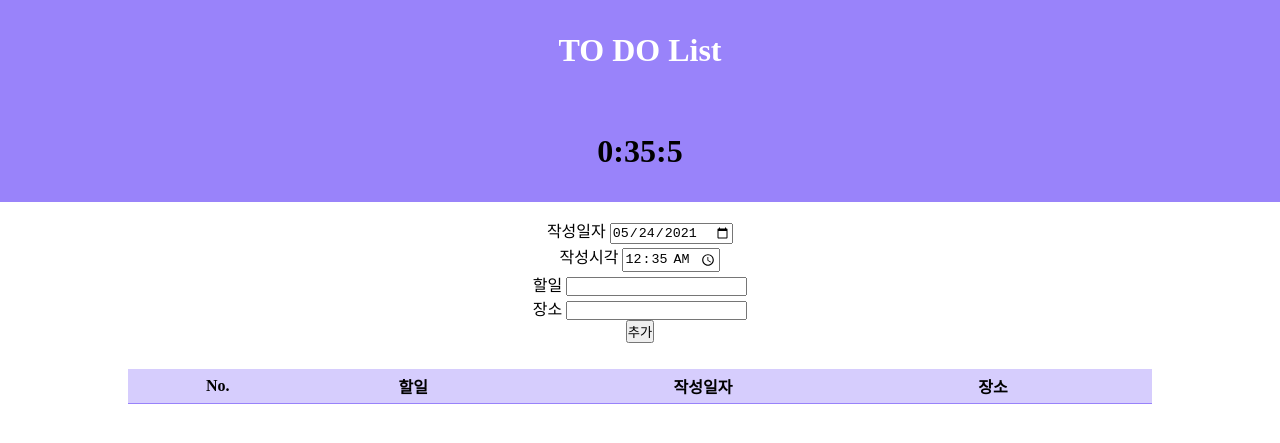
Repository: soyeon-noh/TodoList_Project
Page: http://localhost/Server_PR_TodoList/
An editor plug-in stored every save of this project. The page is shown before and after the next save, followed by the edit.
The browser window is 1280 px wide. The pictures show the whole page.
The page is served by Tomcat 9. Other server files are loaded and not shown. Queries for data that is not in the repository find no rows.

Above is the page before, as saved 2021-05-25 02:25:01.

### Server_PR_TodoList/src/main/webapp/WEB-INF/views/home.jsp
<%@ page language="java" contentType="text/html; charset=UTF-8"
    pageEncoding="UTF-8"%>
<%@ taglib uri="http://java.sun.com/jsp/jstl/core"
			prefix="c"%>
<c:set value="${pageContext.request.contextPath}"
		var="rootPath"/>
<!DOCTYPE html>
<html>
<head>
<meta charset="UTF-8">
<title>TODOList 메인화면</title>
<link href="${rootPath}/static/css/home.css?ver5" rel="stylesheet"/>

<style>

</style>


</head>
  <body>
  	<%@ include file="/WEB-INF/views/include_nav.jsp" %>
    <form class ="v1" method="POST">
    	<div>
    		<label for="date">작성일자</label>
    		<input name="td_date"
    				type="date" value="${TD.td_date}">
    	</div>

    	<div>
    		<label for="time">작성시각</label>
    		<input name="td_time"
    				type="time" value="${TD.td_time}">
    	</div>

    	<div>
    		<label for="todo">할일</label>
    		<input name="td_todo"
    				type="text" value="${TD.td_todo}">
    	</div>

    	<div>
    		<label for="place">장소</label>
    		<input name="td_place"
    				type="text" value="${TD.td_place}">
    	</div>
   		<button class="btn_insert">추가</button>
    </form>

    <table id="tdlist">
      <tr>
        <th>No.</th>
        <th>할일</th>
        <th>작성일자</th>
        <th>장소</th>
        <th></th>
      </tr>
      <c:forEach items="${TDLIST}" var="TD" varStatus="i">
        <tr>
          <td>${i.count}</td>
          <td>${TD.td_todo}</td>
          <td>${TD.td_date}</td>
          <td>${TD.td_place}</td>
          <td><button class="btn_update" data-seq="${TD.td_seq}" type="button">
          		수정</button>
          		<button class="btn_delete" data-seq="${TD.td_seq}" type="button">
          		삭제</button></td>
        </tr>
      </c:forEach>
    </table>
  </body>

  <script>
  // html 코드가 다 화면에 뜨고 나서 실행하라는 명렁
  // 아래 한 줄의 코드가 있어야 어디든디 script를 넣을 수 있다.
	document.addEventListener("DOMContentLoaded",function(){
		document.querySelector("table#tdlist")
		.addEventListener("click", function(ev){
			let className = ev.target.className

			if(className == "btn_delete"){

				let seq = ev.target.dataset.seq
				alert(seq + " 삭제가 완료되었습니다.");

				document
				.location
				.replace( "${rootPath}" +
						"/UD/delete?td_seq="
						+ seq )

			} else if(className == "btn_update"){

				let seq = ev.target.dataset.seq;

				document
				.location
				.href= "${rootPath}" +
						"/UD/update?td_seq="
						+ seq
			}

		})
	})
  </script>

</html>

### Server_PR_TodoList/src/main/webapp/WEB-INF/views/include_nav.jsp
<%@ page language="java" contentType="text/html; charset=UTF-8"
    pageEncoding="UTF-8"%>

<style>
	* {
		margin: 0;
		padding: 0;
		box-sizing: border-box;
	}

    h1.clock {
        color: black;
        text-align: center;
        background-color: rgba(153, 131, 250, 20);
        padding: 2rem;
    }

</style>
<h1>TO DO List</h1>
<h2 class="date"></h2>
<h1 class="clock"></h1>
<script>
	let date = document.querySelector(".date");

    function getDate(){
        const time = new Date();
        const year = time.getUTCFullYear();
        const month = time.getUTCMonth();
        const day = time.getUTCDay();
        date.textContent = year + "-" + month + "-" + day;
    }



	let clock = document.querySelector(".clock");

	function getTime() {
		  const time = new Date();
		  const hour = time.getHours();
		  const minutes = time.getMinutes();
		  const seconds = time.getSeconds();
		  clock.textContent = hour + ":" + minutes + ":" + seconds;


	}

	function init() {
	  setInterval(getTime, 1000);
	}

	init();
</script>

### Server_PR_TodoList/src/main/java/com/callor/todo/controller/HomeController.java
package com.callor.todo.controller;

import java.io.IOException;
import java.text.SimpleDateFormat;
import java.util.Date;
import java.util.List;

import javax.servlet.ServletException;
import javax.servlet.annotation.WebServlet;
import javax.servlet.http.HttpServlet;
import javax.servlet.http.HttpServletRequest;
import javax.servlet.http.HttpServletResponse;

import com.callor.todo.model.TodoListVO;
import com.callor.todo.service.TodoService;
import com.callor.todo.service.impl.TodoServiceImplV1;

@WebServlet("/")
public class HomeController extends HttpServlet{

	protected TodoService tdService;
	public HomeController() {
		tdService = new TodoServiceImplV1();
	}
	@Override
	protected void doGet(HttpServletRequest req, HttpServletResponse resp) throws ServletException, IOException {
		// TODO selectAll()
		List<TodoListVO> tdList = tdService.selectAll();
		req.setAttribute("TDLIST", tdList);

		// TODO insert()
		TodoListVO tdVO = new TodoListVO();

		// SimpleDateFormat : 날짜 및 시간을 형식화하고 구문 분석하는 메소드 제공
		SimpleDateFormat sd = new SimpleDateFormat("yyyy-MM-dd");
		SimpleDateFormat st = new SimpleDateFormat("HH:mm:ss");

		// 현재시간을 저장
		Date date = new Date(System.currentTimeMillis());

		// 현재 시간을 변환해 VO에 넣어준다
		tdVO.setTd_seq(0L);
		tdVO.setTd_date(sd.format(date));
		tdVO.setTd_time(st.format(date));

		req.setAttribute("TD", tdVO);

		// home.jsp 화면을 보여줘라
		RequestController.reqController(req, resp, "home");
	}
	@Override
	protected void doPost(HttpServletRequest req, HttpServletResponse resp) throws ServletException, IOException {
		// TODO insert()

		// 한글 인코딩 세팅
		req.setCharacterEncoding("UTF-8");

		// user가 입력한 data 확인
		String td_date = req.getParameter("td_date");
		String td_time = req.getParameter("td_time");
		String td_todo = req.getParameter("td_todo");
		String td_place = req.getParameter("td_place");

		TodoListVO tdVO = new TodoListVO();
		tdVO.setTd_date(td_date);
		tdVO.setTd_time(td_time);
		tdVO.setTd_todo(td_todo);
		tdVO.setTd_place(td_place);

		tdService.insert(tdVO);

		System.out.println("insert : " + tdVO);

		resp.sendRedirect("/todo");
	}

}

### Server_PR_TodoList/src/main/java/com/callor/todo/service/impl/TodoServiceImplV1.java
package com.callor.todo.service.impl;

import java.sql.Connection;
import java.sql.PreparedStatement;
import java.sql.ResultSet;
import java.sql.SQLException;
import java.util.ArrayList;
import java.util.List;

import com.callor.todo.config.DbInfo;
import com.callor.todo.config.MySQLConnection;
import com.callor.todo.model.TodoListVO;
import com.callor.todo.service.TodoService;

public class TodoServiceImplV1 implements TodoService{

	// 먼저 db와 연결
	protected Connection dbConn;

	public TodoServiceImplV1() {
		dbConn = MySQLConnection.getDBConnection();
	}


	protected List<TodoListVO> select(PreparedStatement pStr) throws SQLException{
		// TODO DB로부터 데이터를 받아와 List에 저장
		List<TodoListVO> tdList = new ArrayList<TodoListVO>();

		ResultSet rSet = pStr.executeQuery();
		while(rSet.next()) {
			TodoListVO tdVO = new TodoListVO();
			tdVO.setTd_seq(rSet.getLong(DbInfo.td_seq));
			tdVO.setTd_date(rSet.getString(DbInfo.td_date));
			tdVO.setTd_time(rSet.getString(DbInfo.td_time));
			tdVO.setTd_todo(rSet.getString(DbInfo.td_todo));
			tdVO.setTd_place(rSet.getString(DbInfo.td_place));
			tdList.add(tdVO);
		}

		// 데이터 확인
		System.out.println("select : " + tdList.toString());
		return tdList;
	}

	@Override
	public List<TodoListVO> selectAll() {
		// TODO List 전체 데이터 조회

		String sql = " SELECT * FROM tbl_todo_list ";
		sql += " ORDER BY td_date DESC, td_time DESC ";

		PreparedStatement pStr = null;

		try {
			pStr = dbConn.prepareStatement(sql);
			List<TodoListVO> tdList = this.select(pStr);
			pStr.close();

			System.out.println("selectAll : " + tdList.toString());
			return tdList;
		} catch (SQLException e) {
			// TODO Auto-generated catch block
			e.printStackTrace();
		}
		return null;
	}

	@Override
	public TodoListVO findById(Long seq) {
		// TODO 일련번호로 조회
		String sql = " SELECT * FROM tbl_todo_list ";
		sql += " WHERE td_seq = ? ";

		PreparedStatement pStr = null;

		try {
			pStr = dbConn.prepareStatement(sql);
			pStr.setLong(1, seq);

			List<TodoListVO> tdList = this.select(pStr);

			pStr.close();

			if(tdList != null && tdList.size() > 0) {
				return tdList.get(0);
			}


		} catch (SQLException e) {
			// TODO Auto-generated catch block
			e.printStackTrace();
		}
		return null;
	}

	@Override
	public List<TodoListVO> findByDate(String td_date) {
		// TODO 날짜로 조회
		String sql = " SELECT * FROM tbl_todo_list ";
		sql += " WHERE td_date = ? ";

		PreparedStatement pStr = null;

		try {
			pStr = dbConn.prepareStatement(sql);
			pStr.setString(1, td_date);

			List<TodoListVO> tdList = this.select(pStr);

			pStr.close();
			return tdList;

		} catch (SQLException e) {
			// TODO Auto-generated catch block
			e.printStackTrace();
		}
		return null;
	}

	@Override
	public List<TodoListVO> findByTodo(String td_todo) {
		// TODO 할일내용으로 조회
		return null;
	}

	@Override
	public List<TodoListVO> findByPlace(String td_place) {
		// TODO 장소로 조회
		return null;
	}

	@Override
	public Integer insert(TodoListVO tdVO) {
		// TODO 데이터 추가

		String sql = " INSERT INTO tbl_todo_list ";
		sql += " ( ";
		sql += " td_date, ";
		sql += " td_time, ";
		sql += " td_todo, ";
		sql += " td_place) ";
		sql += " VALUES( ?,?,?,? ) ";


		// SQL 구문을 실행시키는 객체
		PreparedStatement pStr = null;

		try {
			pStr = dbConn.prepareStatement(sql);
			pStr.setString(1, tdVO.getTd_date());
			pStr.setString(2, tdVO.getTd_time());
			pStr.setString(3, tdVO.getTd_todo());
			pStr.setString(4, tdVO.getTd_place());

			return pStr.executeUpdate();

		} catch (SQLException e) {
			// TODO Auto-generated catch block
			e.printStackTrace();
		}
		return null;
	}


	@Override
	public Integer update(TodoListVO tdVO) {
		// TODO 데이터 업데이트
		String sql = " UPDATE tbl_todo_list SET ";
		sql += " td_date = ?, ";
		sql += " td_time = ?, ";
		sql += " td_todo = ?, ";
		sql += " td_place = ? ";

		sql += " WHERE td_seq = ? ";

		PreparedStatement pStr = null;

		try {
			pStr = dbConn.prepareStatement(sql);
			pStr.setString(1, tdVO.getTd_date());
			pStr.setString(2, tdVO.getTd_time());
			pStr.setString(3, tdVO.getTd_todo());
			pStr.setString(4, tdVO.getTd_place());

			pStr.setLong(5, tdVO.getTd_seq());
			return pStr.executeUpdate();

		} catch (SQLException e) {
			// TODO Auto-generated catch block
			e.printStackTrace();
		}

		return null;
	}

	@Override
	public Integer delete(Long seq) {
		// TODO 데이터 삭제

		String sql = " DELETE FROM tbl_todo_list ";
		sql += "WHERE td_seq = ?";

		PreparedStatement pStr = null;

		try {
			pStr = dbConn.prepareStatement(sql);
			pStr.setLong(1, seq);
			return pStr.executeUpdate();

		} catch (SQLException e) {
			// TODO Auto-generated catch block
			e.printStackTrace();
		}
		return null;
	}
}

### Server_PR_TodoList/src/main/java/com/callor/todo/config/MySQLConnection.java
package com.callor.todo.config;

import java.sql.Connection;
import java.sql.DriverManager;
import java.sql.SQLException;

public class MySQLConnection {

	private static Connection dbConn;

	static {

		String jdbcDriver = "com.mysql.cj.jdbc.Driver";
		String url = "jdbc:mysql://localhost:3306/todolist";
		String username = "tdUser";
		String password = "12345";

		try {
			Class.forName(jdbcDriver);
			if(dbConn == null) {
				dbConn = DriverManager.getConnection(url, username, password);
			}
			System.out.println("MySQL 접속 성공!!");
		} catch (ClassNotFoundException e) {
			System.out.println("MySQL Driver 를 찾을 수 없음");
		} catch (SQLException e) {
			System.out.println("MySQL DBMS 연결 실패");
		}
	}

	public static Connection getDBConnection() {
		return dbConn;
	}

}

### Server_PR_TodoList/src/main/java/com/callor/todo/model/TodoListVO.java
package com.callor.todo.model;

import lombok.AllArgsConstructor;
import lombok.Getter;
import lombok.NoArgsConstructor;
import lombok.Setter;
import lombok.ToString;

@Getter
@Setter
@ToString
@NoArgsConstructor
@AllArgsConstructor
public class TodoListVO {

	private Long td_seq;	//BIGINT
    private String td_date;	//VARCHAR(20)
    private String td_time;	//VARCHAR(20)
	private String td_todo;	//VARCHAR(200)
    private String td_place;	//VARCHAR(125)
}

### Server_PR_TodoList/src/main/java/com/callor/todo/controller/RequestController.java
package com.callor.todo.controller;

import java.io.IOException;

import javax.servlet.ServletException;
import javax.servlet.http.HttpServlet;
import javax.servlet.http.HttpServletRequest;
import javax.servlet.http.HttpServletResponse;

public class RequestController extends HttpServlet{

	public static void reqController (HttpServletRequest req,
			HttpServletResponse resp, String file) throws ServletException, IOException {

		String root = "/WEB-INF/views/" + file + ".jsp";

		req.getRequestDispatcher(root)
		.forward(req, resp);


	}

}

### Server_PR_TodoList/src/main/webapp/static/css/home.css
@charset "UTF-8";

/* 여백 초기화 */
* {
	margin: 0;
	padding: 0;
	box-sizing: border-box;
}

h1 {
	color: white;
	text-align: center;
	background-color: rgba(153,131,250,1);
	padding: 2rem;

}

table {
	border-collapse: collapse;
	width: 80%;
	margin: 10px auto;
}

td, th {
	border-bottom: 1px solid #9882FA;
	padding: 5px;
	text-align: center;
}

th {
	background-color: rgba(153,131,250,0.4);
}

form{
	text-align: center;
	padding: 1rem;
}

After the next save:
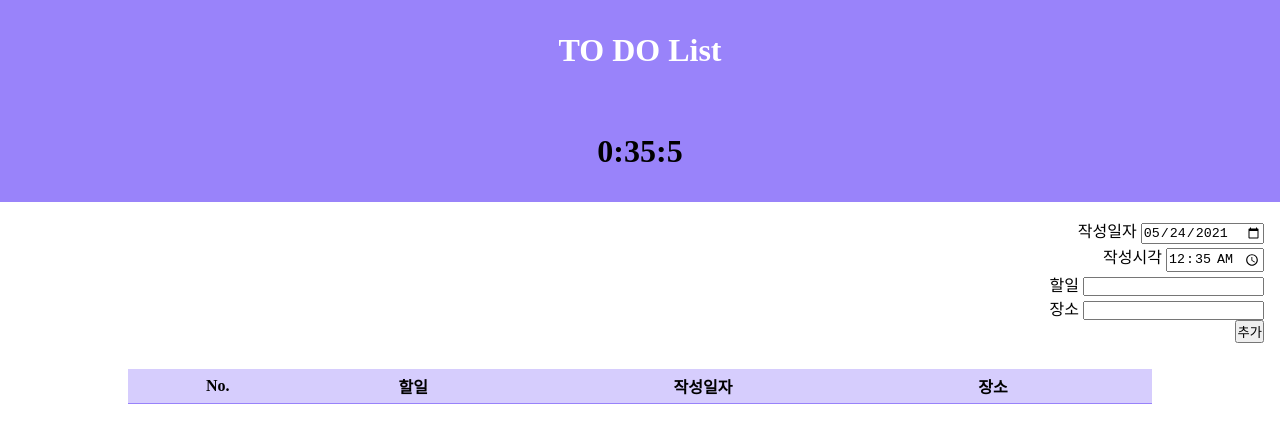
Saved 3 min 2 s later.
--- a/Server_PR_TodoList/src/main/webapp/static/css/home.css
+++ b/Server_PR_TodoList/src/main/webapp/static/css/home.css
@@ -12,6 +12,11 @@ h1 {
 	text-align: center;
 	background-color: rgba(153,131,250,1);
 	padding: 2rem;
+
+}
+
+form.v1 {
+	text-align: right;
 
 }
 
